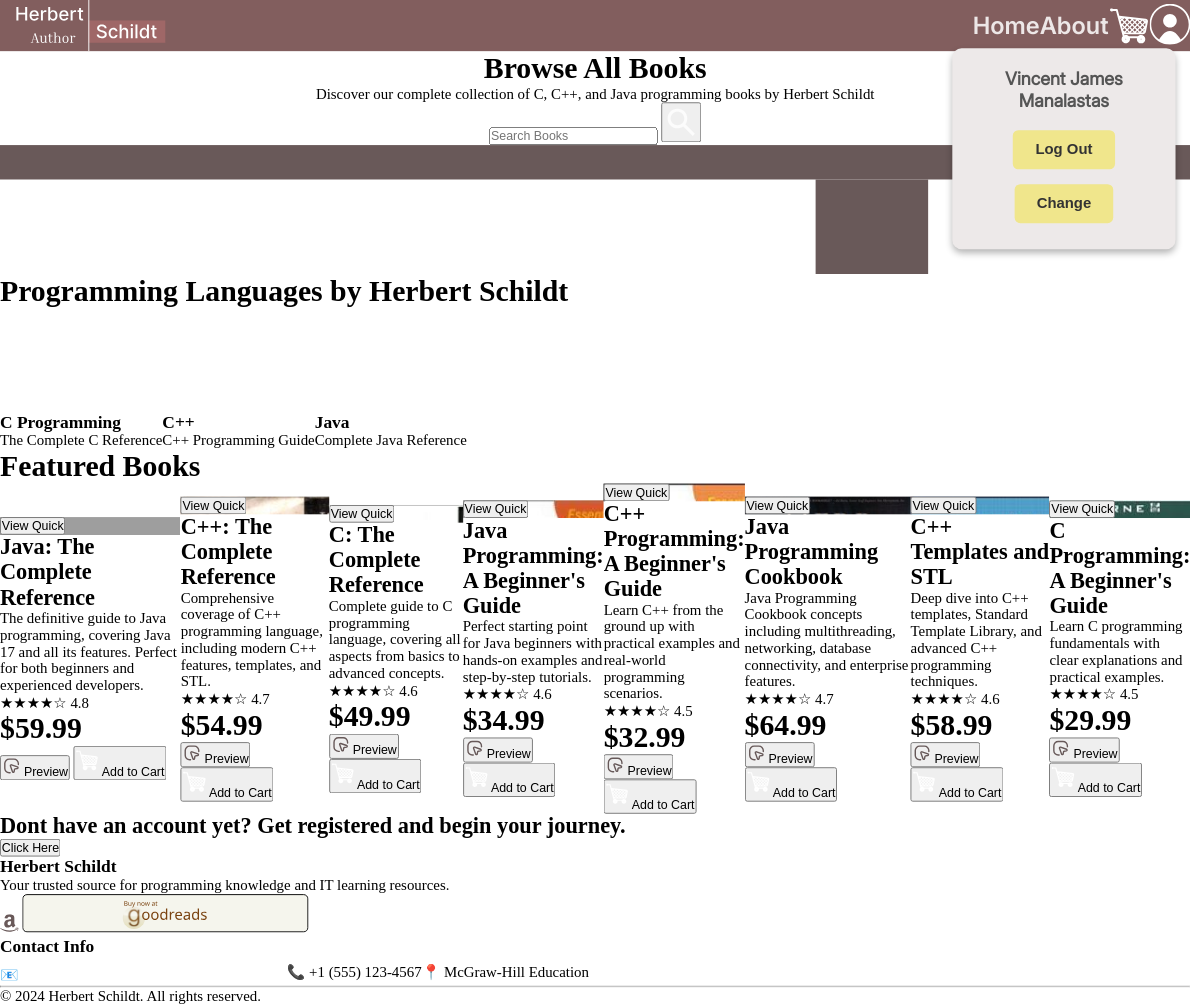
Repository: Darkrepo23/Author-Website-
Page: browse-book.html
These files come from the project's save history. The page is drawn as it stood at one moment and after the next save; the edit follows.
The browser window is 1280 px wide. The pictures show the whole page, at 93% of full size.
Pictures or frames that could not be fetched are drawn as grey boxes.

Above is the page before, as saved 2025-09-02 15:23:28.

After the next save:
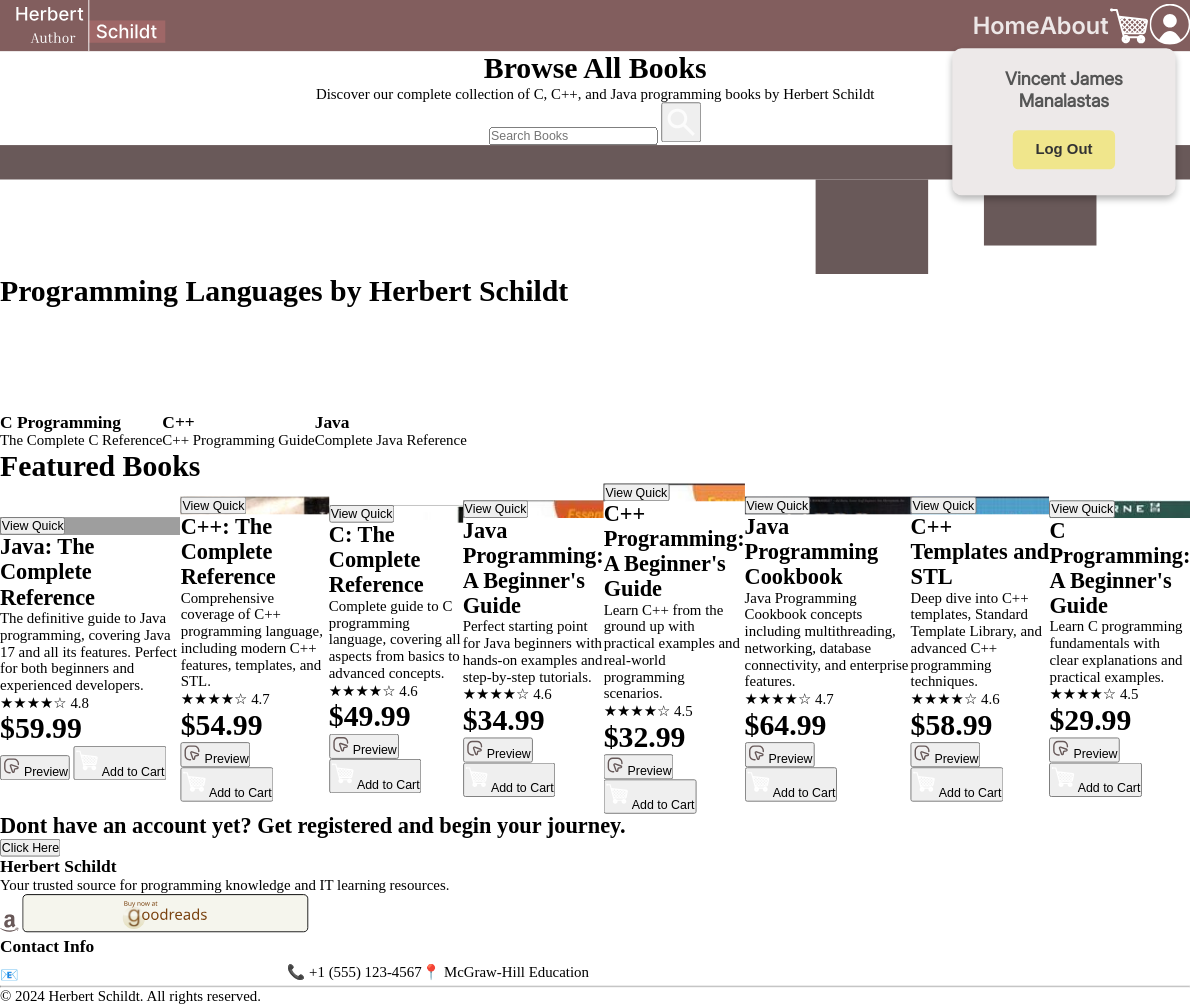
Saved 15 s later.
--- a/browse-book.html
+++ b/browse-book.html
@@ -27,7 +27,6 @@
                 <div class="login-container">
                     <div class="login-username">Vincent James Manalastas</div>
                     <button class="login-button">Log Out</button>
-                    <button class="login-button">Change </button>
                 </div>
             </div>
         </div>
